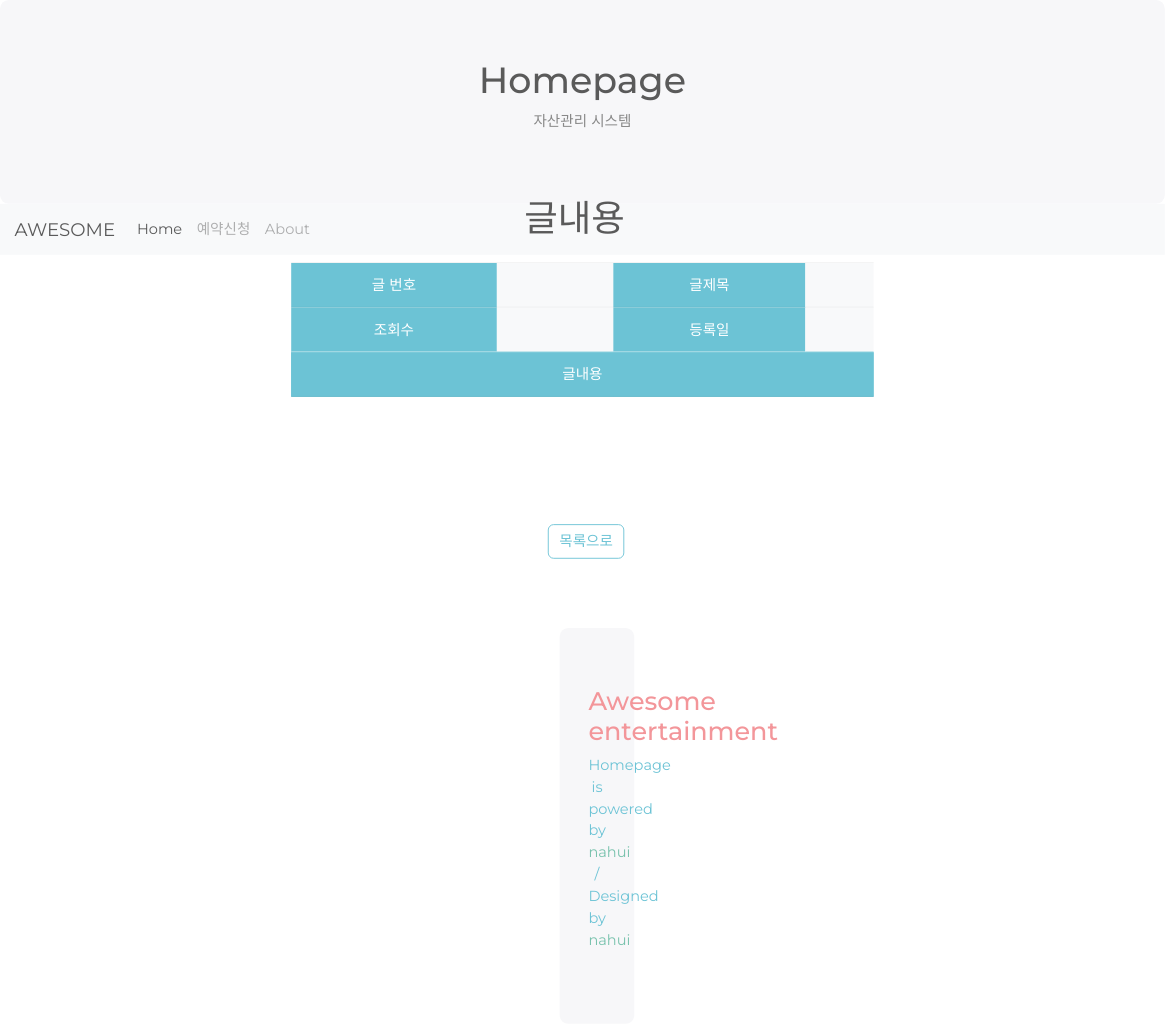
Repository: Nahui068/project1
Page: http://localhost/project1/WEB-INF/views/content.jsp
The author's editor kept a copy of each file at every save. The page is drawn from the files as they stood at one save, then again after the next save.
The browser window is 1280 px wide. The pictures show the whole page, at 91% of full size.
The page is served by Tomcat 9. Nobody is signed in. Other server files are loaded and not shown. The template is opened directly, without the code that normally fills it, so the values that code supplies are empty.

Above is the page before, as saved 2021-01-07 02:45:12.

### project1/src/main/webapp/WEB-INF/views/content.jsp
<%@ page language="java" contentType="text/html; charset=UTF-8"
    pageEncoding="UTF-8"%>
<%@ taglib prefix="c" uri="http://java.sun.com/jsp/jstl/core" %>
<%@ taglib prefix="fmt" uri="http://java.sun.com/jsp/jstl/fmt" %>
<%@ include file="/WEB-INF/views/include/header.jsp" %>

<!DOCTYPE html>
<html>
<head>
<meta charset="UTF-8">
<title>게시글 내용</title>
</head>


<body>
	<h1 style="position:absolute; top:30%; left:45%;">글내용</h1>
	<table class="table table-hover" style="text-align:center; position:absolute; top:40%; left:25%; width:50%;">
		<tr>
			<td class="table-info">글 번호</td><td class="table-light" style="width:20%;">${content.num}</td>
			<td class="table-info">글제목</td><td class="table-light">${content.title}</td>
		</tr>
		<tr>
			<td class="table-info">조회수</td><td class="table-light">${content.readcount}</td>
			<td class="table-info">등록일</td>
			<fmt:formatDate var="dateTempParse" pattern="yyyy-MM-dd" value="${content.reg}"/>
			<td class="table-light"><c:out value="${dateTempParse}"></c:out></td>
		</tr>
		<tr class="table-info">
			<td colspan="4">글내용</td>
		</tr>
		<tr>
			<td colspan="4">${content.content}</td>
		</tr>
	</table>
	<button type="button" class="btn btn-outline-info" style="position:absolute; top:80%; left:47%;"onClick="location.href='/project1/board_select'">목록으로
	<%@ include file="/WEB-INF/views/include/footer.jsp" %>
</body>
</html>

### project1/src/main/webapp/WEB-INF/views/include/header.jsp
<%@ page language="java" contentType="text/html; charset=UTF-8"
    pageEncoding="UTF-8"%>
<%@ taglib prefix="c" uri="http://java.sun.com/jsp/jstl/core" %>

<!DOCTYPE html>
<html>
<head>
	<meta charset="UTF-8">
	<meta name="viewport" content="width=device-width, initial-scale=1">

	<!-- JS -->
	<script src="https://ajax.googleapis.com/ajax/libs/jquery/3.3.1/jquery.min.js"></script>
	<script src="https://cdnjs.cloudflare.com/ajax/libs/popper.js/1.14.3/umd/popper.min.js"></script>
	<script src="https://maxcdn.bootstrapcdn.com/bootstrap/4.1.3/js/bootstrap.min.js"></script>


</head>
<body>
	<div class="jumbotron text-center mb-0">
		<h1>Homepage</h1> <p>자산관리 시스템</p>
	</div>
	<nav class="navbar navbar-expand-lg navbar-light bg-light">
  <a class="navbar-brand" href="/project1/board_select">AWESOME</a>
  <button class="navbar-toggler" type="button" data-toggle="collapse" data-target="#navbarColor03" aria-controls="navbarColor03" aria-expanded="false" aria-label="Toggle navigation">
    <span class="navbar-toggler-icon"></span>
  </button>

  <div class="collapse navbar-collapse" id="navbarColor03">
    <ul class="navbar-nav mr-auto">
      <li class="nav-item active">
        <a class="nav-link" href="/project1/board_select">Home
          <span class="sr-only">(current)</span>
        </a>
      </li>
<!--       <li class="nav-item">
        <a class="nav-link" href="#">예약현황</a>
      </li> -->
      <li class="nav-item">
        <a class="nav-link" href="/project1/reservation">예약신청</a>
      </li>
      <li class="nav-item">
        <a class="nav-link" href="#">About</a>
      </li>
      <c:if test="${sessionScope.id == 'admin'}">
	     <li class="nav-item dropdown">
	        <a class="nav-link dropdown-toggle" data-toggle="dropdown" href=# role="button" aria-haspopup="true" aria-expanded="false">관리자</a>
	        <div class="dropdown-menu">
	          <a class="dropdown-item" href="/project1/admin_board">게시글 관리</a> <!-- 게시글 등록 및 목록(수정,삭제) -->
	          <a class="dropdown-item" href="#">직원관리</a> <!-- 회원 등록, 수정, 삭제 -->
	          <a class="dropdown-item" href="#">Something else here</a>
	          <div class="dropdown-divider"></div>
	          <a class="dropdown-item" href="#">Separated link</a>
	        </div>
	      </li>
      </c:if>
    </ul>
 <c:if test="${sessionScope.id !=null}">
    	 ${sessionScope.id}
    	 <input type="button" value="로그아웃" onclick="location.href='/project1/logout'">
    	 <c:if test="${sessionScope.id == 'admin' }">
    	 		<input type="button" value="글등록" onClick="location.href='/project1/board_form'">
    	 </c:if>
    </c:if>
 </div>

</nav>
</body>
</html>

### project1/src/main/webapp/WEB-INF/views/include/footer.jsp
<%@ page language="java" contentType="text/html; charset=UTF-8"
    pageEncoding="UTF-8"%>
<!DOCTYPE html>
<html>
<head>
<meta charset="UTF-8">
<link href="resources/css/bootstrap.min.css" rel="stylesheet" type="text/css">
<link href="resources/css/style-css.css" rel="stylesheet" type="text/css">
</head>
<body>
<!-- footer -->
<div id="footer" class="jumbotron text-center mt-5 mb-0" style="position:absolute;width:100%; top:180%;">
	<h3 class="text-secondary">Awesome entertainment</h3>
	<p>Homepage is powered by <span class="text-primary">nahui</span> / Designed by <span class="text-primary">nahui</span></p>
</div>

</body>
</html>

### project1/src/main/webapp/resources/css/style-css.css
@charset "UTF-8";

#stu_btn{
	margin-right:20px;
}

#meet_btn{
	margin-left:40px;
}

Loaded but not shown: project1/src/main/webapp/resources/css/bootstrap.min.css (library)

After the next save:
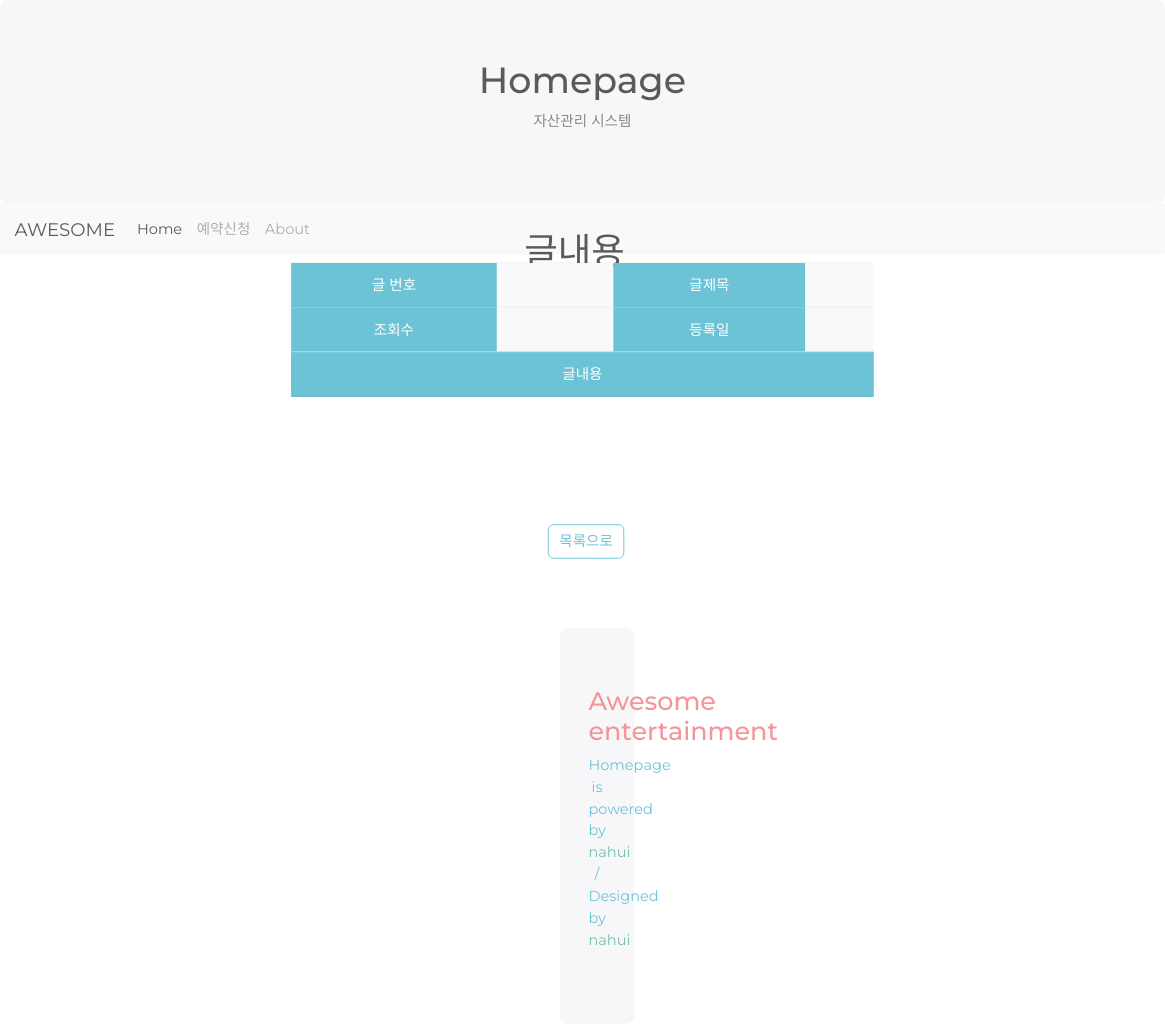
Saved 8 s later.
--- a/project1/src/main/webapp/WEB-INF/views/content.jsp
+++ b/project1/src/main/webapp/WEB-INF/views/content.jsp
@@ -13,7 +13,7 @@
 
 
 <body>
-	<h1 style="position:absolute; top:30%; left:45%;">글내용</h1>
+	<h1 style="position:absolute; top:35%; left:45%;">글내용</h1>
 	<table class="table table-hover" style="text-align:center; position:absolute; top:40%; left:25%; width:50%;">
 		<tr>
 			<td class="table-info">글 번호</td><td class="table-light" style="width:20%;">${content.num}</td>
